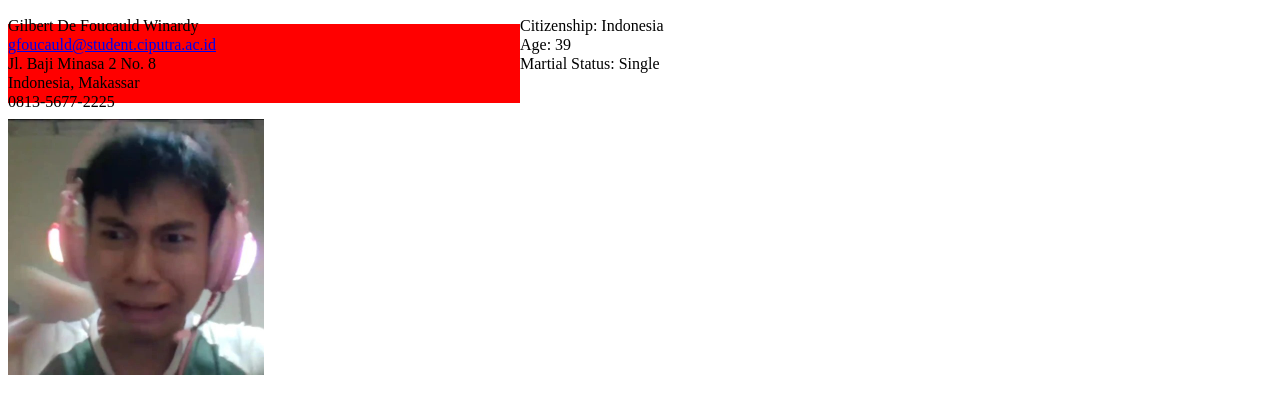
Repository: Gibekkk/WebPro
Page: Tugas Lab 1/index.html
These files come from the project's save history. The page is drawn as it stood at one moment and after the next save; the edit follows.
The browser window is 1280 px wide. The pictures show the whole page.

Above is the page before, as saved 2024-03-25 12:56:46.

After the next save:
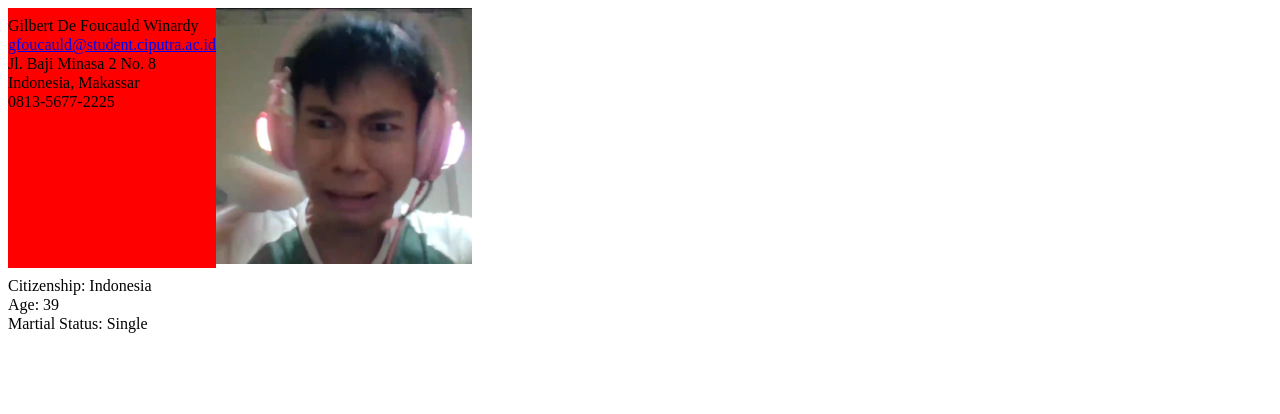
Saved 6 s later.
--- a/Tugas Lab 1/style.css
+++ b/Tugas Lab 1/style.css
@@ -7,6 +7,6 @@ img{
 .description, .title{
     line-height: 3px;
 }
-header{
+.top{
     display: flex;
 }
